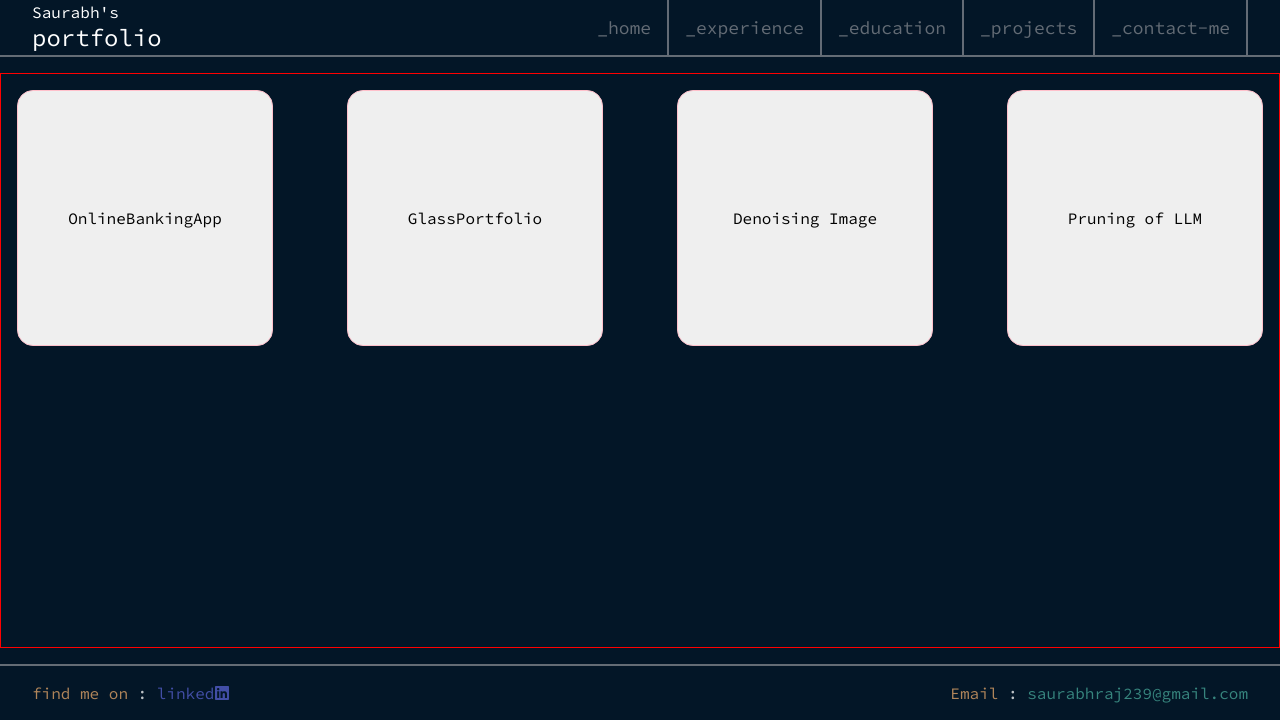
Repository: saurabhraj23/FrontendReactPortfolio
Page: /projects
An editor plug-in stored every save of this project. The page is shown before and after the next save, followed by the edit.
The browser window is 1280 px wide. The pictures show the whole page.
The project was rebuilt for these pictures with package versions that can differ from the ones it lists, and the page was loaded fresh each time. Also part of the build but not shown: vite.config.js, src/components/Education.jsx, src/components/Experience.jsx, src/components/Contacts.jsx, src/styles/default-page.css, src/components/DefaultPage.jsx.

Above is the page before, as saved 2024-07-23 00:12:05.

After the next save:
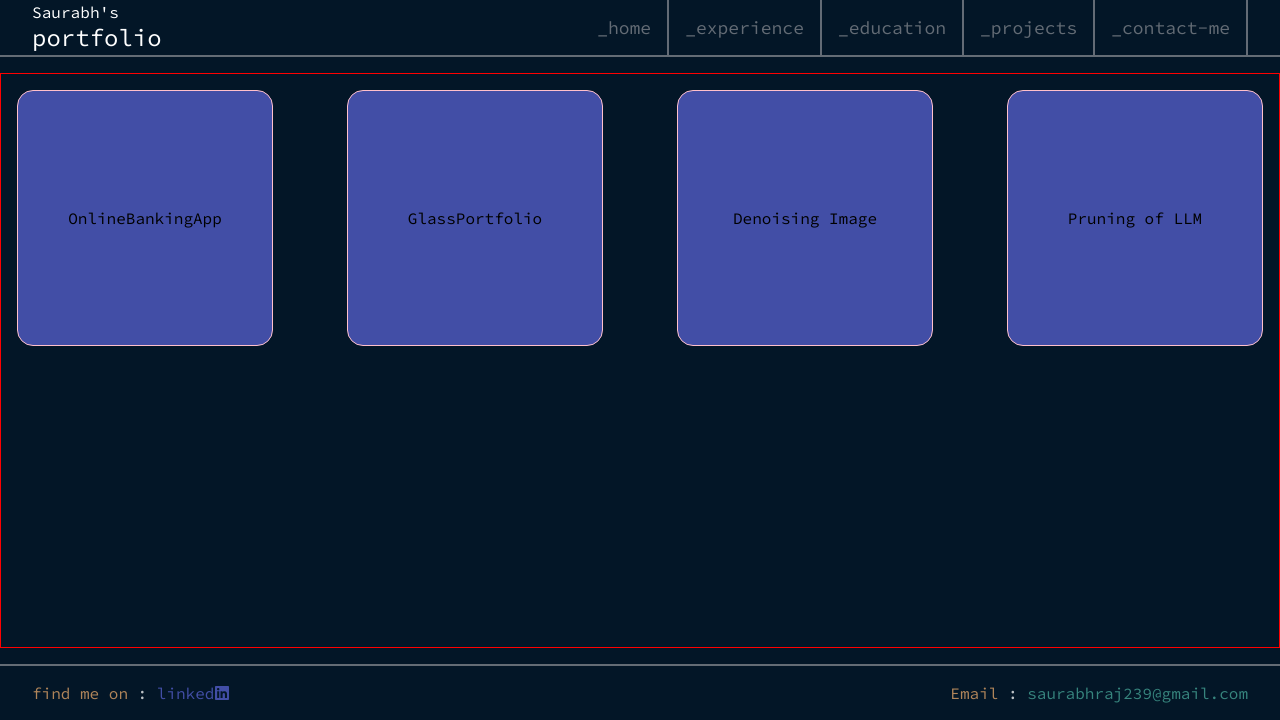
Saved 63 s later.
--- a/src/styles/project.css
+++ b/src/styles/project.css
@@ -17,7 +17,7 @@
 box-sizing: border-box;
 font-size: 1rem;
 border-radius:1rem ;
-
+background-color: var(--secondary-blue);
 }
 
 .project-item:hover{

After the 2 saves that followed:
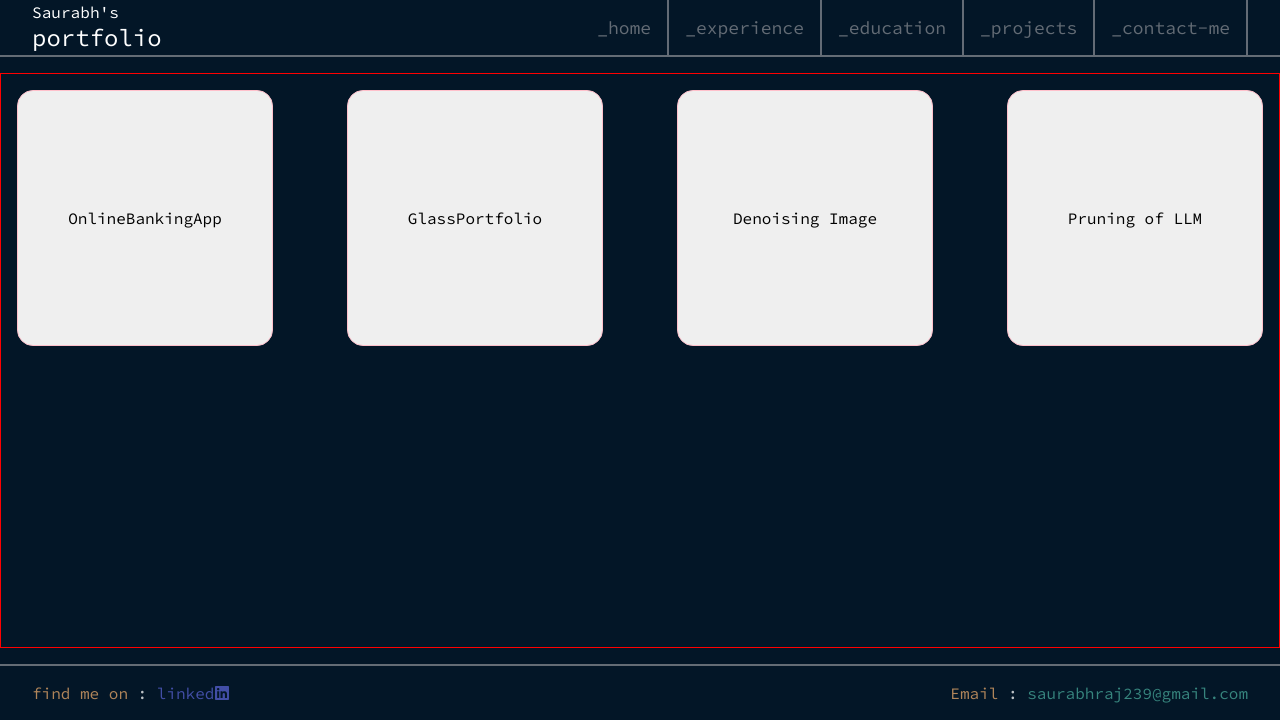
The 2 saves are shown as one change because 1 left the picture as it was.
The last was saved 34 s later.
--- a/src/styles/project.css
+++ b/src/styles/project.css
@@ -17,7 +17,8 @@
 box-sizing: border-box;
 font-size: 1rem;
 border-radius:1rem ;
-background-color: var(--secondary-blue);
+background-color: var(pink);
+filter: blur(1);
 }
 
 .project-item:hover{
